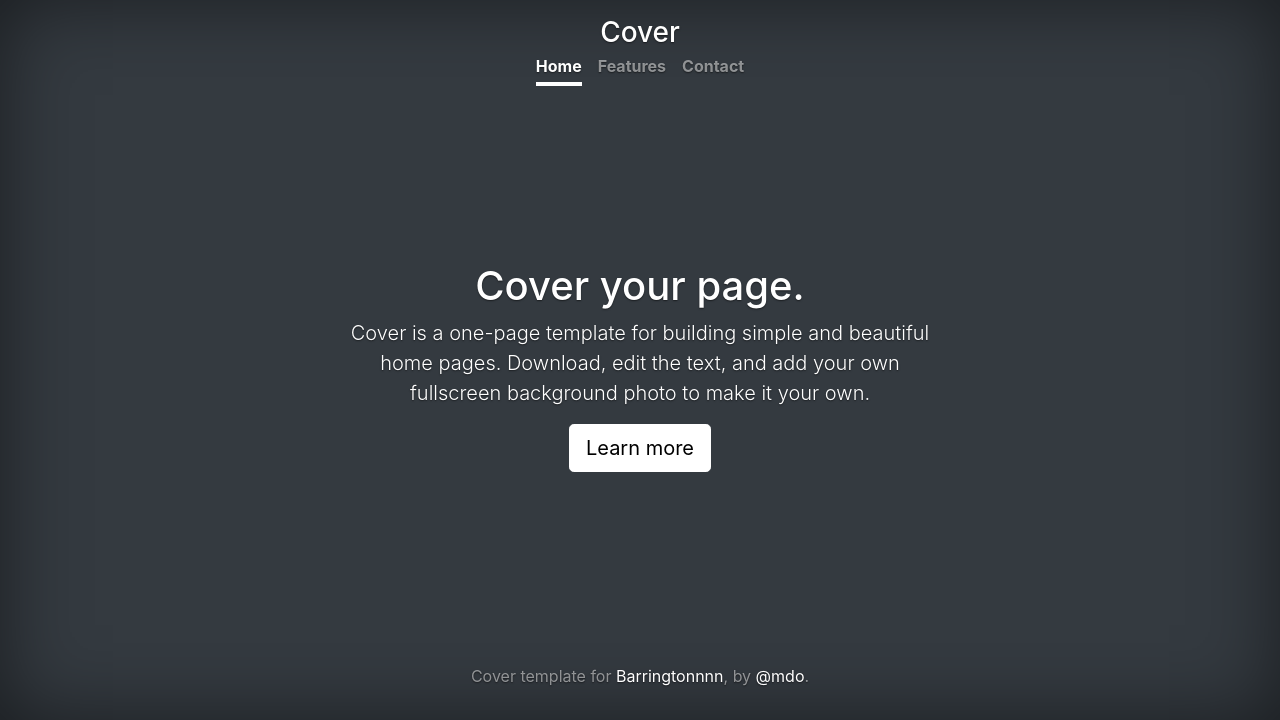
Repository: BarringtonThor/MyWebsite
Page: cover/index.html
These files come from the project's save history. The page is drawn as it stood at one moment and after the next save; the edit follows.
The browser window is 1280 px wide. The pictures show the whole page.

Above is the page before, as saved 2021-04-21 00:18:21.

### cover/index.html
<!doctype html>
<html lang="en" class="h-100">
  <head>
    <meta charset="utf-8">
    <meta name="viewport" content="width=device-width, initial-scale=1">
    <meta name="description" content="">
    <meta name="author" content="Mark Otto, Jacob Thornton, and Bootstrap contributors">
    <meta name="generator" content="Hugo 0.82.0">
    <title>Cover Template · Bootstrap v5.0</title>

    <link rel="canonical" href="https://getbootstrap.com/docs/5.0/examples/cover/">

    <!-- Bootstrap core CSS -->
<link href="../assets/dist/css/bootstrap.min.css" rel="stylesheet">

    <style>
      .bd-placeholder-img {
        font-size: 1.125rem;
        text-anchor: middle;
        -webkit-user-select: none;
        -moz-user-select: none;
        user-select: none;
      }

      @media (min-width: 768px) {
        .bd-placeholder-img-lg {
          font-size: 3.5rem;
        }
      }
    </style>


    <!-- Custom styles for this template -->
  <link href="cover.css" rel="stylesheet">
  </head>
  <body class="d-flex h-100 text-center text-white bg-dark">

<div class="cover-container d-flex w-100 h-100 p-3 mx-auto flex-column">
  <header class="mb-auto">
    <div>
      <h3 class="float-md-start mb-0">Cover</h3>
      <nav class="nav nav-masthead justify-content-center float-md-end">
        <a class="nav-link active" aria-current="page" href="#">Home</a>
        <a class="nav-link" href="#">Features</a>
        <a class="nav-link" href="#">Contact</a>
      </nav>
    </div>
  </header>

  <main class="px-3">
    <h1>Cover your page.</h1>
    <p class="lead">Cover is a one-page template for building simple and beautiful home pages. Download, edit the text, and add your own fullscreen background photo to make it your own.</p>
    <p class="lead">
      <a href="#" class="btn btn-lg btn-secondary fw-bold border-white bg-white">Learn more</a>
    </p>
  </main>

  <footer class="mt-auto text-white-50">
    <p>Cover template for <a href="https://getbootstrap.com/" class="text-white">Barringtonnnn</a>, by <a href="https://twitter.com/mdo" class="text-white">@mdo</a>.</p>
  </footer>
</div>



  </body>
</html>

### cover/cover.css
/*
 * Globals
 */


/* Custom default button */
.btn-secondary,
.btn-secondary:hover,
.btn-secondary:focus {
  color: black;
  text-shadow: none; /* Prevent inheritance from `body` */
}


/*
 * Base structure
 */

body {
  text-shadow: 0 .05rem .1rem rgba(0, 0, 0, .5);
  box-shadow: inset 0 0 5rem rgba(0, 0, 0, .5);
}

.cover-container {
  max-width: 42em;
}


/*
 * Header
 */

.nav-masthead .nav-link {
  padding: .25rem 0;
  font-weight: 700;
  color: rgba(255, 255, 255, .5);
  background-color: transparent;
  border-bottom: .25rem solid transparent;
}

.nav-masthead .nav-link:hover,
.nav-masthead .nav-link:focus {
  border-bottom-color: rgba(255, 255, 255, .25);
}

.nav-masthead .nav-link + .nav-link {
  margin-left: 1rem;
}

.nav-masthead .active {
  color: #fff;
  border-bottom-color: #fff;
}

Loaded but not shown: vendor/bootstrap/css/bootstrap.min.css (library)

After the next save:
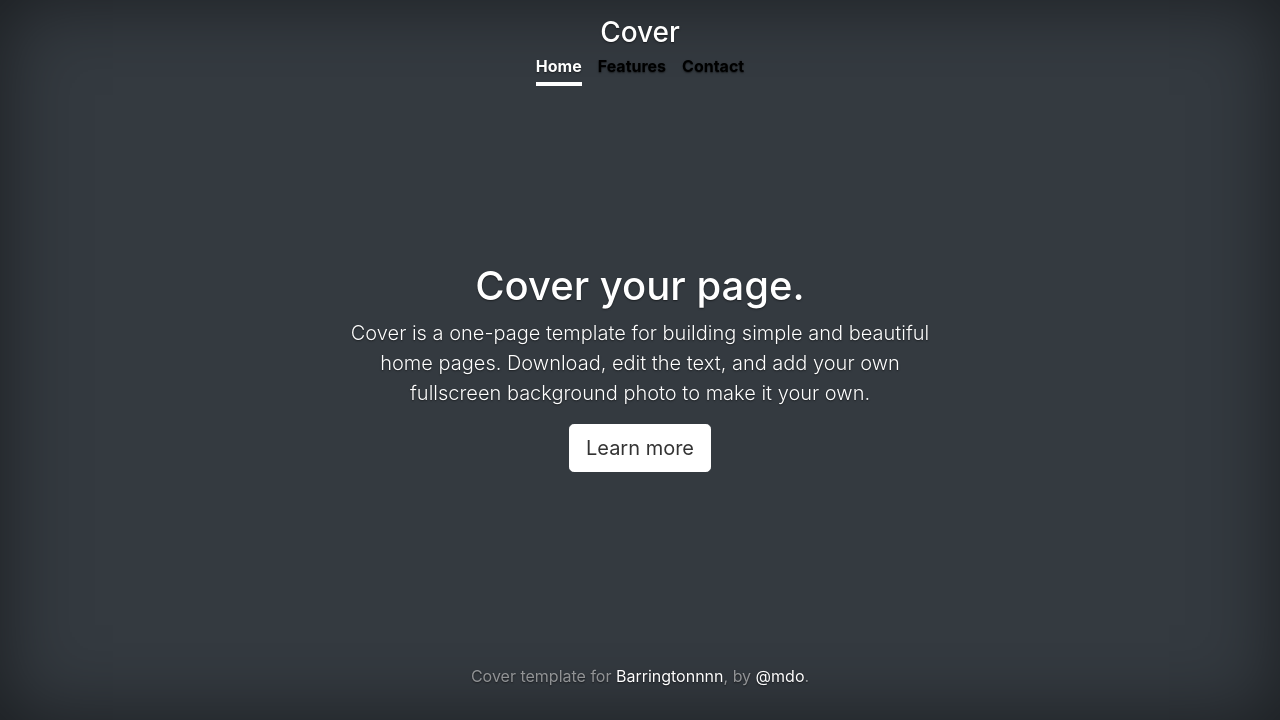
Saved 66 s later.
--- a/cover/cover.css
+++ b/cover/cover.css
@@ -7,7 +7,7 @@
 .btn-secondary,
 .btn-secondary:hover,
 .btn-secondary:focus {
-  color: black;
+  color: #333;
   text-shadow: none; /* Prevent inheritance from `body` */
 }
 
@@ -33,7 +33,7 @@ body {
 .nav-masthead .nav-link {
   padding: .25rem 0;
   font-weight: 700;
-  color: rgba(255, 255, 255, .5);
+  color: black;
   background-color: transparent;
   border-bottom: .25rem solid transparent;
 }
